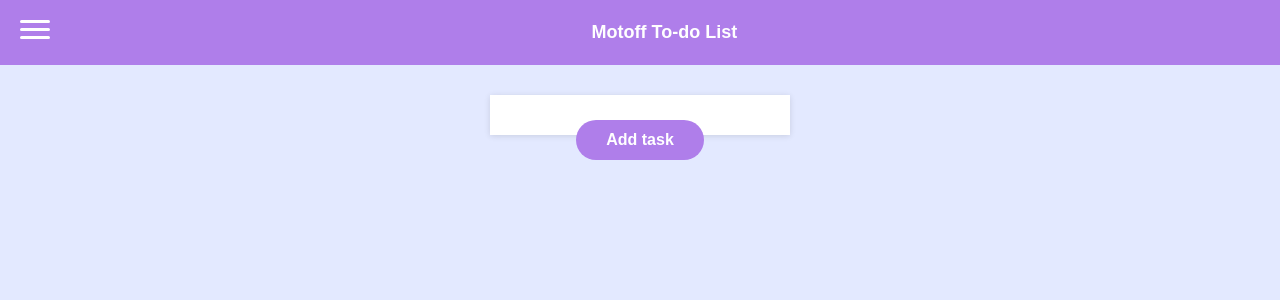
Repository: Amad-Mlinka/Todo-List-Vanilla-JS
Page: index.html
The author's editor kept a copy of each file at every save. The page is drawn from the files as they stood at one save, then again after the next save.
The browser window is 1280 px wide. The pictures show the whole page.
The page's requests for data from a server got no answer.

Above is the page before, as saved 2021-09-15 02:10:18.

After the next save:
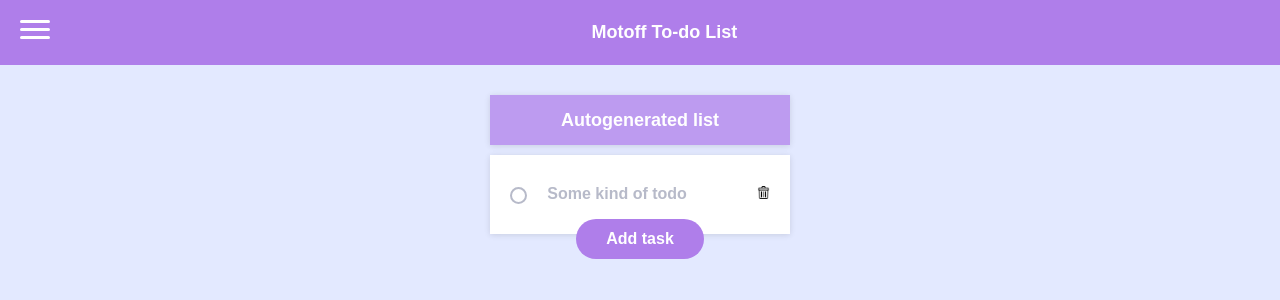
Saved 114 s later.
--- a/index.html
+++ b/index.html
@@ -28,13 +28,32 @@
     <div class="container">
       <div class="listContainer">
         <div class="listItem" id="autogenerated">
-          <!--<div class="todoHeader">Autogenerated list</div>-->
-          <div class="todoData"></div>
+          <div class="todoHeader">Autogenerated list</div>
+          <div class="todoData">
+            <div class="todoItem">
+              <div class="checkDescription">
+                <div class="todoCheck"><input type="checkbox" defaultchecked="false" class="checkCircle"></input></div>
+                <div class="todoDescription">
+                  <span class="todoText">Some kind of todo</span>
+                </div>
+              </div>
+
+              <div class="todoDelete">
+                <div class="deleteIconContainer">
+                  <img
+                    class="deleteIcon"
+                    src="/public/images/trash.png"
+                    alt=""
+                  />
+                </div>
+                <div class="deleteTooltip"></div>
+              </div>
+            </div>
+          </div>
           <div class="addBtnContainer">
             <div class="addTaskBtn">Add task</div>
           </div>
         </div>
-
       </div>
     </div>
   </body>
